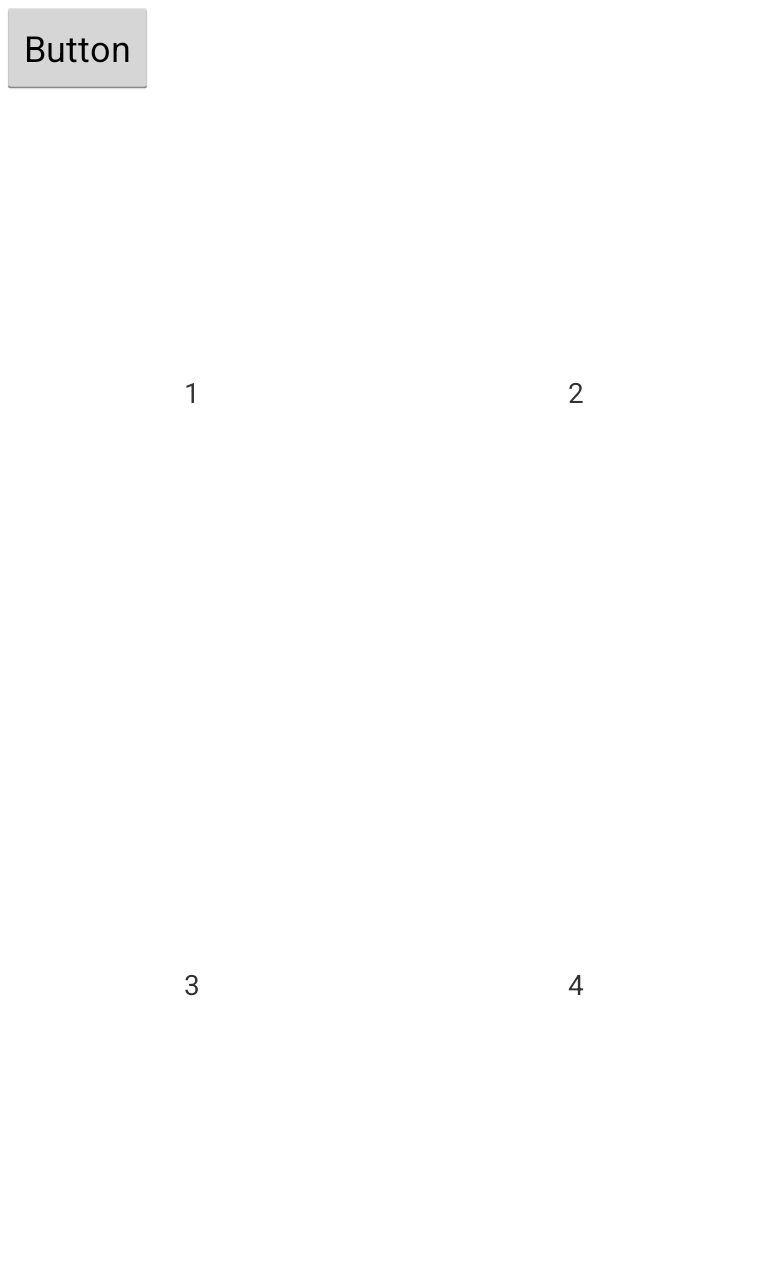
Repository: mewards/Android_Study
Layout: hw/wooil/hw5/res/layout/activity_main.xml
An editor plug-in stored every save of this project. The layout is shown before and after the next save, followed by the edit.
It is drawn on a 768 x 1280 px phone screen (xhdpi) without system bars, with theme AppTheme; the app's code is not run.

Above is the layout before, as saved 2014-03-10 05:24:30.

After the next save:
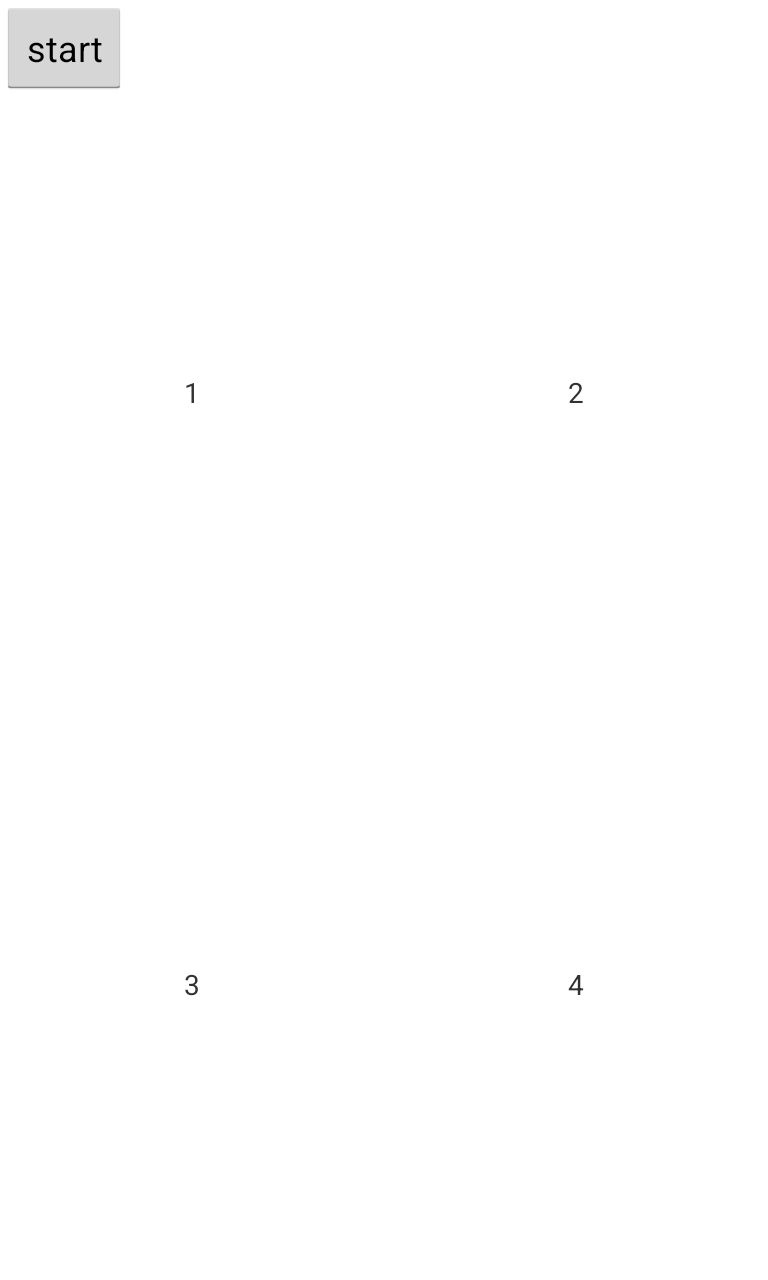
Saved 20 s later.
--- a/hw/wooil/hw5/res/layout/activity_main.xml
+++ b/hw/wooil/hw5/res/layout/activity_main.xml
@@ -9,7 +9,8 @@
         android:id="@+id/button1"
         android:layout_width="wrap_content"
         android:layout_height="wrap_content"
-        android:text="Button" />
+
+        android:text="start" />
 
     <LinearLayout
         android:layout_width="match_parent"
